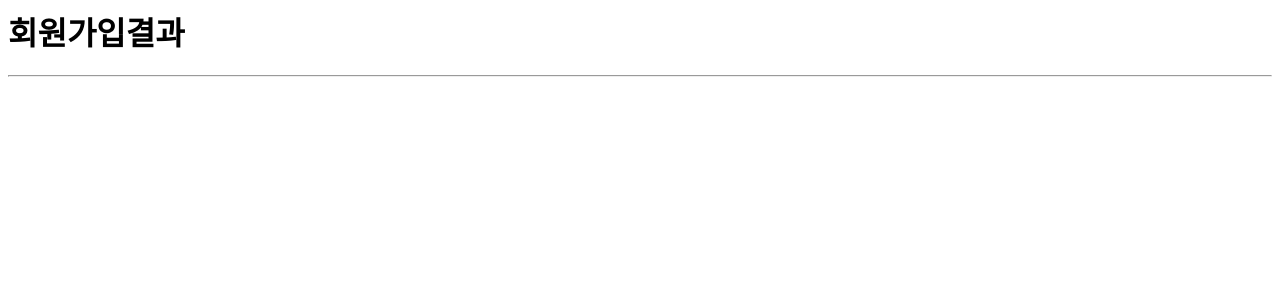
Repository: JWbase/Web_JAVA
Page: http://localhost/03_dbProject/join.do
The author's editor kept a copy of each file at every save. The page is drawn from the files as they stood at one save, then again after the next save.
The browser window is 1280 px wide. The pictures show the whole page.
The page is served by Tomcat 9. Queries for data that is not in the repository find no rows.

Above is the page before, as saved 2022-08-30 02:05:30.

After the next save:
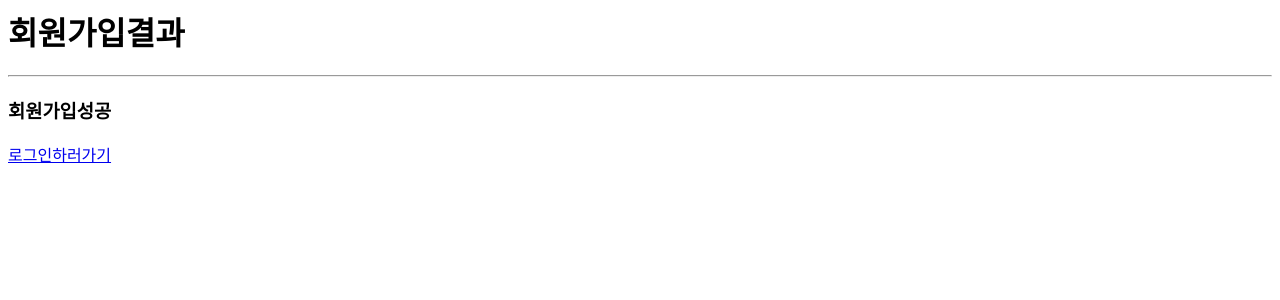
Saved 60 s later.
--- a/web-workspace/03_dbProject/src/main/java/ko/or/iei/member/controller/JoinServlet.java
+++ b/web-workspace/03_dbProject/src/main/java/ko/or/iei/member/controller/JoinServlet.java
@@ -61,6 +61,9 @@ public class JoinServlet extends HttpServlet {
 		if (result > 0) {
 			out.println("<h3>회원가입성공</h3>");
 			out.println("<a href='/html/loginFrm.html'>로그인하러가기</a>");
+		} else {
+			out.println("<h3>회원가입성공</h3>");
+			out.println("<a href='/html/loginFrm.html'>로그인하러가기</a>");
 		}
 		out.print("</body></html>");
 	}
